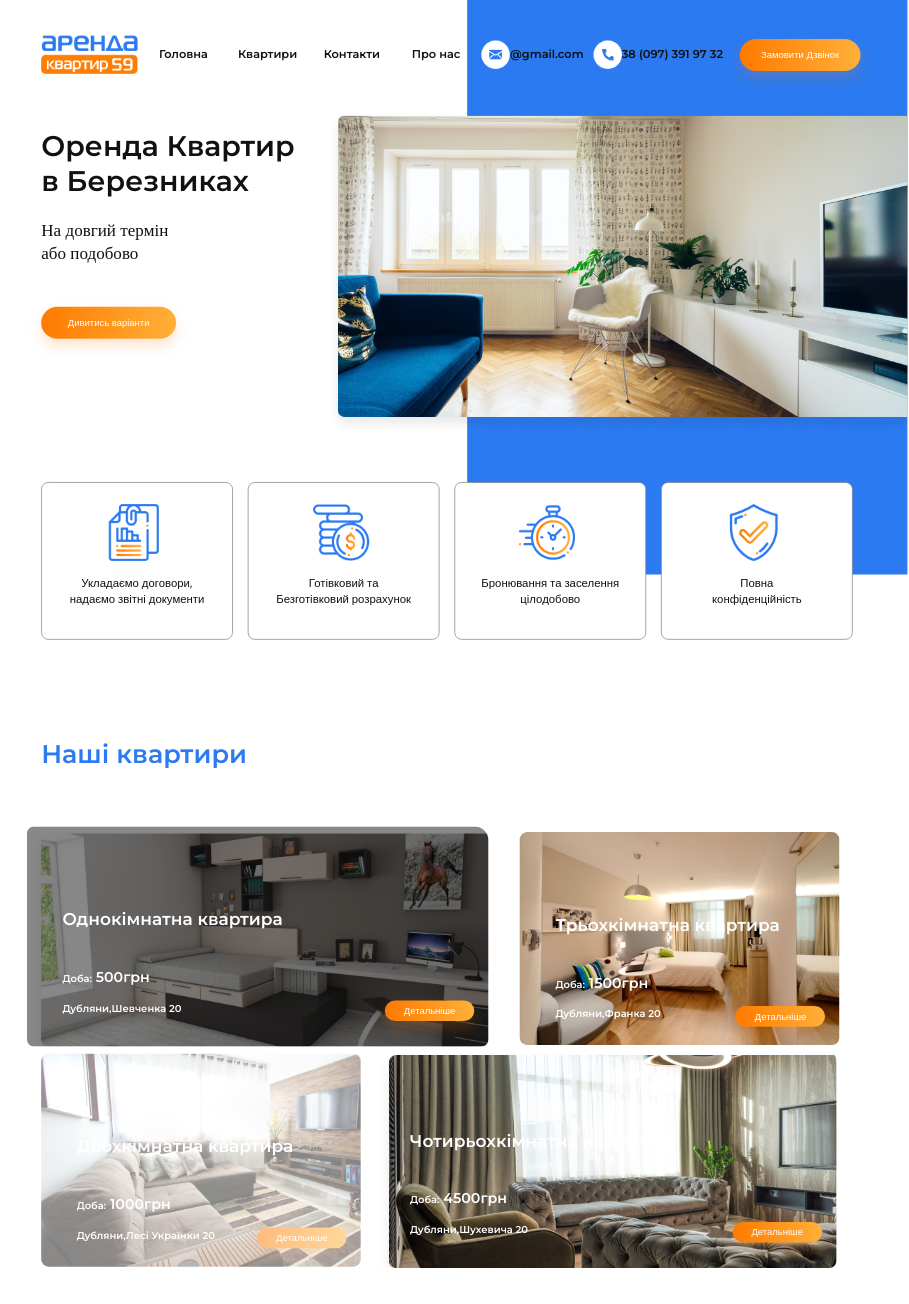
Repository: batonAnton/HW-7-grid
Page: index.html
An editor plug-in stored every save of this project. The page is shown before and after the next save, followed by the edit.
The browser window is 1280 px wide. The pictures show the whole page, at 71% of full size.

Above is the page before, as saved 2022-06-29 16:02:47.

### index.html
<!DOCTYPE html>
<html lang="en">
<head>
    <meta charset="UTF-8">
    <meta http-equiv="X-UA-Compatible" content="IE=edge">
    <meta name="viewport" content="width=device-width, initial-scale=1.0">
    <link rel="preconnect" href="https://fonts.googleapis.com">
    <link rel="preconnect" href="https://fonts.gstatic.com" crossorigin>
    <link href="https://fonts.googleapis.com/css2?family=Montserrat:wght@600&display=swap" rel="stylesheet">
    <link rel="preconnect" href="https://fonts.googleapis.com">
    <link rel="preconnect" href="https://fonts.gstatic.com" crossorigin>
    <link href="https://fonts.googleapis.com/css2?family=Open+Sans&display=swap" rel="stylesheet">
    <link rel="stylesheet" href="./css/styles2.css">
    <title>Grid</title>
</head>

        <div  class="wrapper allstyles">
            <header>
                <img src="./images/logo.png" alt="logo">
                <a href="" class="menu">Головна</a>
                <a href="" class="menu">Квартири</a>
                <a href="" class="menu">Контакти</a>
                <a href="" class="menu">Про нас</a>

                <div class="item mail">
                    <img src="./images/email.png" alt="email">
                    <p>@gmail.com</p>
                </div>
                <div class="item phone">
                    <img src="./images/phone.png" alt="phone">
                    <p>38 (097) 391 97 32</p>
                </div>
                <div class="item btn">
                        <button>Замовити Дзвінок </button>
                </div>
            </header>
            </div>





            <div class=" wrapper2  allstyles">
                <div class="info">
                    <h1>Оренда Квартир <br> в Березниках</h1>
                    <p>На довгий термін <br> або подобово</p>
                    <button class="btn">Дивитись варіанти</button>
                </div>
                <div class="blueblock"></div>

                <div class="banner">

                </div>
            </div>
        </div>


    <div class="wrapper3 allstyles">
         <div class=" block block1">
             <img src="./images/header 1.1.png" alt="img">
             <p>
                Укладаємо договори, <br> надаємо звітні документи
             </p>
         </div>
         <div class="block block2">
            <img src="./images/header 1.2.png" alt="img">
            <p>
                Готівковий та <br>
                Безготівковий розрахунок
            </p>
         </div>
         <div class="block block3">
            <img src="./images/header 1.3.png" alt="img">
            <p>
                Бронювання та заселення <br> цілодобово
            </p>

         </div>
         <div class="block block4">
            <img src="./images/header 1.4.png" alt="img">
            <p>
                Повна <br> конфіденційність
            </p>
         </div>
    </div>

    <div class="wrapper4 allstyles">
        <h1 class="wrapper4-h1">Наші квартири</h1>

        <div class="img1-1">
            <h1>Однокімнатна квартира</h1>
            <p class="price"> <span class="p-price">Доба:</span> 500грн</p>
            <p class="p-price location">Дубляни,Шевченка 20</p>
            <button class="btn">Детальніше</button>
        </div>
        <div class="img1-2">
            <h1>Трьохкімнатна квартира</h1>
            <p class="price"> <span class="p-price">Доба:</span>  1500грн</p>
            <p class="p-price location">Дубляни,Франка 20</p>
            <button class="btn">Детальніше</button>
        </div>
        <div class="img2-1">
            <h1>Двохкімнатна квартира</h1>
            <p class="price"> <span class="p-price">Доба:</span>  1000грн</p>
            <p class="p-price location">Дубляни,Лесі Українки 20</p>
            <button class="btn">Детальніше</button>
        </div>
        <div class="img2-2">
            <h1>Чотирьохкімнатна квартира</h1>
            <p class="price"> <span class="p-price">Доба:</span>  4500грн</p>
            <p class="p-price location">Дубляни,Шухевича 20</p>
            <button class="btn">Детальніше</button>
        </div>
    </div>









</body>
</html>

### css/styles2.css
* {
  box-sizing: border-box;
}

.allstyles {
  margin: 50px 50px;
}

header {
  display: grid;
  gap: 10px;
  grid-template-columns: repeat(8, 1fr);
  grid-template-rows: 1fr;
  z-index: 1;
}

.wrapper {
  display: flex;
  justify-content: space-between;
}

.menu {
  font-family: "Montserrat", sans-serif;
  font-style: normal;
  font-weight: 600;
  font-size: 16px;
  line-height: 20px;
  text-decoration: none;
  color: #111111;
  transition: all 1s;
}

.menu:hover {
  text-decoration: underline;
}

.phone,
.mail {
  font-family: "Montserrat", sans-serif;
  font-style: normal;
  font-weight: 600;
  font-size: 16px;
  line-height: 20px;
  text-decoration: none;
  color: #111111;
  transition: all 1s;
}

.menu,
.phone,
.mail,
.btn {
  justify-content: center;
  align-items: center;
  display: flex;
}

.phone,
.btn {
  width: 190px;
}

.btn button, .wrapper4 .btn {
  padding: 15px 30px;
  color: #fff;
  background: linear-gradient(89.77deg, #ff7a00 0.2%, #ffb039 99.82%);
  box-shadow: 0px 10px 20px rgba(255, 122, 0, 0.2);
  border-radius: 25px;
  border: none;
}

.wrapper2 {
  display: grid;
  grid-template-columns: repeat(5, 1fr);
  grid-template-rows: repeat(5, 1fr);
  z-index: 0;
}

.wrapper2 .info {
  grid-column: 1/3;
  grid-row: 1/6;
}

.info h1 {
  font-family: "Montserrat";
  font-style: normal;
  font-weight: 800;
  font-size: 40px;
  line-height: 49px;
  display: flex;
  align-items: center;
  color: #111111;
}

.info p {
  font-family: "Open Sans";
  font-style: normal;
  font-weight: 400;
  font-size: 24px;
  line-height: 33px;
  color: #111111;
}
.wrapper2 .banner {
  grid-column: 3/6;
  grid-row: 1/6;
  background-image: url(../images/bigBanner.png);
  background-repeat: no-repeat;
  background-size: contain;
  /* height: 420px; */
  margin-right: -56px;
}

.wrapper2 .btn {
  margin-top: 60px;
  padding: 15px 30px;
  color: #fff;
  background: linear-gradient(89.77deg, #ff7a00 0.2%, #ffb039 99.82%);
  box-shadow: 0px 10px 20px rgba(255, 122, 0, 0.2);
  border-radius: 25px;
  border: none;
}

.blueblock {
  grid-column: 4/6;
  grid-row: 1/6;
  background: #2b7af1;
  border-radius: 0px 0px 0px 10px;
  margin-top: -155px;
  margin-right: -56px;

  width: 620px;
  height: 810px;
}

.wrapper3 {
  display: grid;
  grid-template-columns: repeat(4, 1fr);
  margin-top: -180px;
  z-index: 1;
}

.wrapper3 p {
  font-family: "Open Sans", sans-serif;
  font-style: normal;
  font-weight: 400;
  font-size: 16px;
  line-height: 22px;
  text-align: center;
  color: #111111;
}

.block {
  width: 270px;
  /* height: 170px; */
  padding: 30px 20px;
  background: #ffffff;
  border-radius: 10px;
  border: 1px solid gray;
}

.block img {
  width: 80px;
  height: 80px;
  margin-left: 70px;
}

.block1,
.block2,
.block3,
.block4 {
  /* display: flex; */
  justify-content: space-around;
}

.block1 {
  grid-column: 1/2;
}

.block2 {
  grid-column: 2/3;
}

.block3 {
  grid-column: 3/4;
}

.block4 {
  grid-column: 4/5;
}

.wrapper4 {
  display: grid;
  grid-template-columns: repeat(5, 1fr);
  grid-template-rows: repeat(5, 1fr);
  margin-top: 115px;
  gap: 10px;
}

.wrapper4-h1 {
  grid-column: 1/6;
  font-family: "Montserrat";
  font-style: normal;
  font-weight: 800;
  font-size: 36px;
  line-height: 44px;
  color: #2b7af1;
}

.img1-1 {
  grid-column: 1/4;
  grid-row: 2/4;
  width: 650px;
  height: 300px;
  height: 310px;
  margin-top: -8px;
  background: linear-gradient(rgba(17, 17, 17, 0.5), rgba(17, 17, 17, 0.5)), url(../images/wrapper4/Background\ 1.1.png);
  /* background-image: url("../images/wrapper4/Background\ 1.1.png"); */
  /* background-size: contain; */
  background-repeat: no-repeat;
  /* filter: brightness(50%); */
  border-radius: 10px;
  border-top-right-radius: 20px;
  margin-left: -20px;
}

.img1-2 {
  grid-column: 4/6;
  grid-row: 2/4;
  width: 450px;
  height: 300px;
  background-image: url("../images/wrapper4/Background\ 1.2.png");
  /* background-size: contain; */
  background-repeat: no-repeat;
  /* filter: brightness(50%); */
  border-radius: 10px;
  margin-left: -30px;
}

.img2-1 {
  grid-column: 1/3;
  grid-row: 4/6;
  width: 450px;
  height: 300px;
  background-image: url("../images/wrapper4/Background\ 2.1.png");
  /* background-size: contain; */
  background-repeat: no-repeat;
  /* filter: brightness(50%); */
  border-radius: 10px;
  opacity: 0.5;
}

.img2-2 {
  grid-column: 3/6;
  grid-row: 4/6;
  width: 650px;
  height: 300px;
  height: 310px;
  margin-top: -8px;
  background-image: url("../images/wrapper4/Background\ 2.2.png");
  /* background-size: contain; */
  background-repeat: no-repeat;
  /* background-size: contain; */
  background-repeat: no-repeat;
  /* filter: brightness(50%); */
  border-radius: 10px;
  border-top-right-radius: 20px;
}

.wrapper4 .img1-1 h1 {
  padding: 100px 50px 30px 50px;
  font-family: "Montserrat";
  font-style: normal;
  font-weight: 800;
  font-size: 24px;
  line-height: 29px;
  color: #ffffff;
  /* filter: brightness(100%)!important; */
}

.wrapper4 .img1-2 h1 {
    padding: 100px 50px 30px 50px;
    font-family: "Montserrat";
    font-style: normal;
    font-weight: 800;
    font-size: 24px;
    line-height: 29px;
    color: #ffffff;
    /* filter: brightness(100%)!important; */
  }

  .wrapper4 .img2-1 h1 {
    padding: 100px 50px 30px 50px;
    font-family: "Montserrat";
    font-style: normal;
    font-weight: 800;
    font-size: 24px;
    line-height: 29px;
    color: #ffffff;
    filter: brightness(100%)!important;
  }

  .wrapper4 .img2-2 h1 {
    padding: 100px 50px 30px 50px;
    font-family: "Montserrat";
    font-style: normal;
    font-weight: 800;
    font-size: 24px;
    line-height: 29px;
    color: #ffffff;
    filter: brightness(100%)!important;
  }

.wrapper4 .p-price{
    font-family: 'Montserrat';
    font-style: normal;
    font-weight: 400;
    font-size: 14px;
    line-height: 22px;
    color: #FFFFFF;
    display: inline;
}

 .wrapper4 .price{
    font-family: 'Montserrat';
    font-style: normal;
    font-weight: 800;
    font-size: 20px;
    line-height: 24px;
    color: #ffffff;
    margin-top: 25px;
    padding: 0px 50px 0px 50px;

}

.location{
    padding: 0px 50px 0px 50px;

}

.wrapper4 .btn{
    float: right;
    margin-right: 20px;
    padding: 7px 15px;
    width: 126px;
}

After the next save:
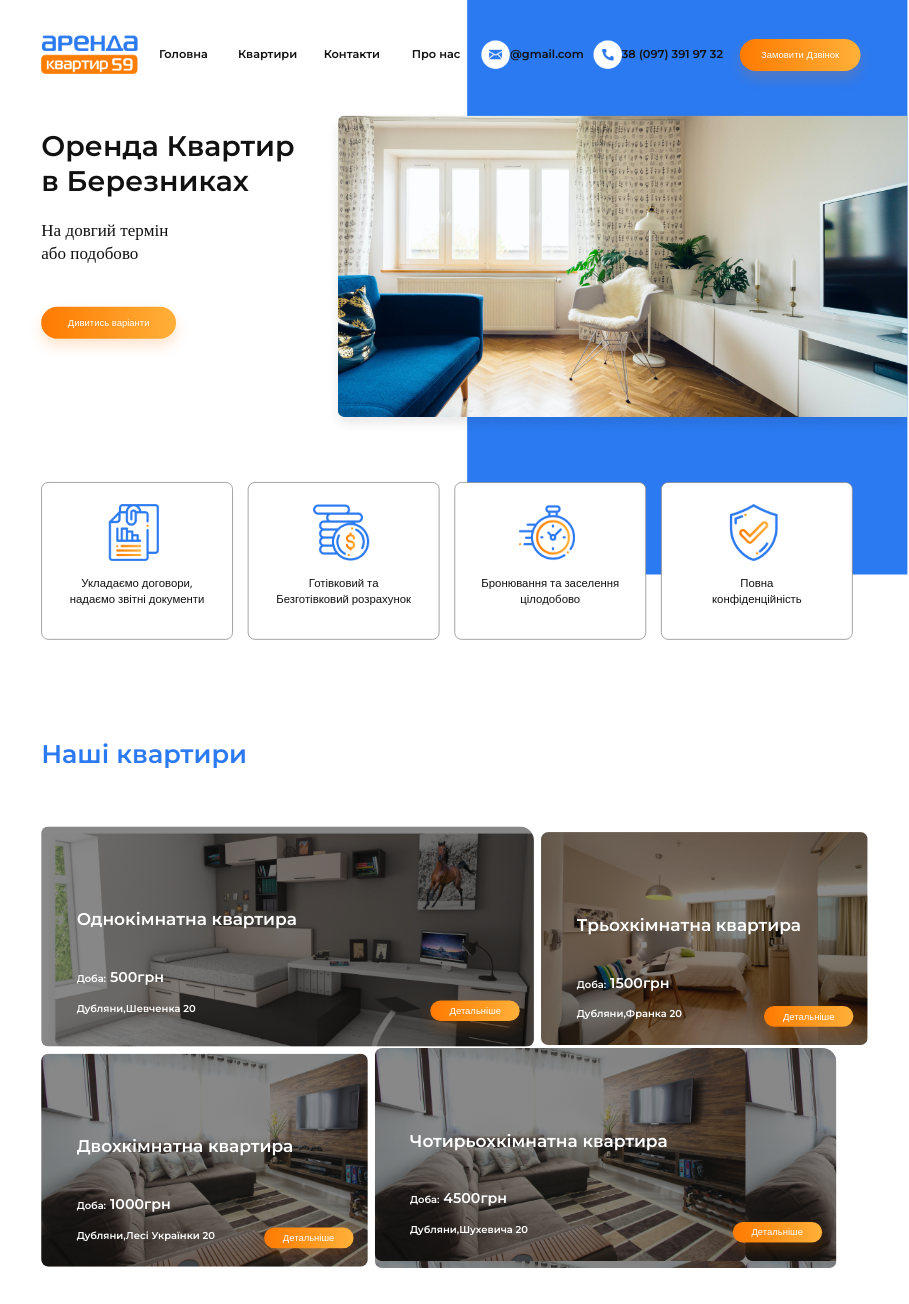
Saved 19 min 30 s later.
--- a/css/styles2.css
+++ b/css/styles2.css
@@ -209,44 +209,33 @@ header {
 .img1-1 {
   grid-column: 1/4;
   grid-row: 2/4;
-  width: 650px;
+  /* width: 650px; */
   height: 300px;
   height: 310px;
   margin-top: -8px;
   background: linear-gradient(rgba(17, 17, 17, 0.5), rgba(17, 17, 17, 0.5)), url(../images/wrapper4/Background\ 1.1.png);
-  /* background-image: url("../images/wrapper4/Background\ 1.1.png"); */
-  /* background-size: contain; */
-  background-repeat: no-repeat;
-  /* filter: brightness(50%); */
+
   border-radius: 10px;
   border-top-right-radius: 20px;
-  margin-left: -20px;
 }
 
 .img1-2 {
   grid-column: 4/6;
   grid-row: 2/4;
-  width: 450px;
+  /* width: 450px; */
   height: 300px;
-  background-image: url("../images/wrapper4/Background\ 1.2.png");
-  /* background-size: contain; */
-  background-repeat: no-repeat;
-  /* filter: brightness(50%); */
-  border-radius: 10px;
-  margin-left: -30px;
+  background: linear-gradient(rgba(17, 17, 17, 0.5), rgba(17, 17, 17, 0.5)), url(../images/wrapper4/Background\ 1.2.png);
+  border-radius: 10px;
 }
 
 .img2-1 {
   grid-column: 1/3;
   grid-row: 4/6;
-  width: 450px;
+  /* width: 450px; */
   height: 300px;
-  background-image: url("../images/wrapper4/Background\ 2.1.png");
-  /* background-size: contain; */
+  background: linear-gradient(rgba(17, 17, 17, 0.5), rgba(17, 17, 17, 0.5)), url(../images/wrapper4/Background\ 2.1.png);
   background-repeat: no-repeat;
-  /* filter: brightness(50%); */
-  border-radius: 10px;
-  opacity: 0.5;
+  border-radius: 10px;
 }
 
 .img2-2 {
@@ -256,12 +245,7 @@ header {
   height: 300px;
   height: 310px;
   margin-top: -8px;
-  background-image: url("../images/wrapper4/Background\ 2.2.png");
-  /* background-size: contain; */
-  background-repeat: no-repeat;
-  /* background-size: contain; */
-  background-repeat: no-repeat;
-  /* filter: brightness(50%); */
+  background: linear-gradient(rgba(17, 17, 17, 0.5), rgba(17, 17, 17, 0.5)), url(../images/wrapper4/Background\ 2.1.png);
   border-radius: 10px;
   border-top-right-radius: 20px;
 }
